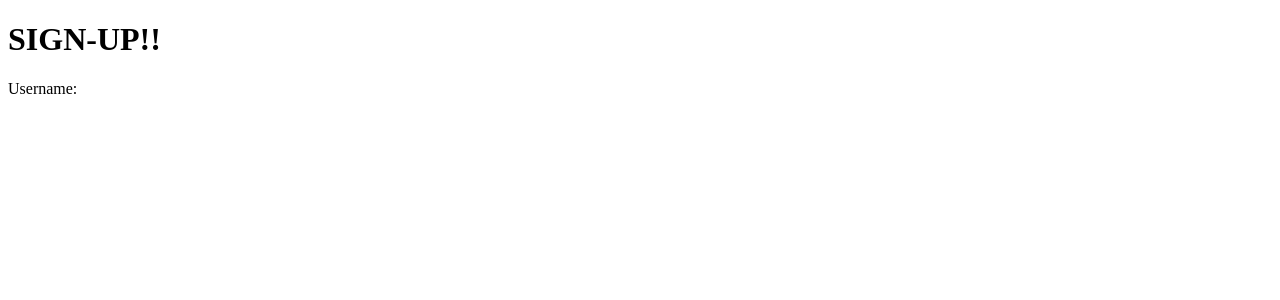
Repository: claudesedillo/WEBAPDE-MP2
Page: MP2 Workplace/WEBAPDE-MP2Q/WebContent/signup.html
The author's editor kept a copy of each file at every save. The page is drawn from the files as they stood at one save, then again after the next save.
The browser window is 1280 px wide. The pictures show the whole page.

Above is the page before, as saved 2017-07-21 17:56:36.

After the next save:
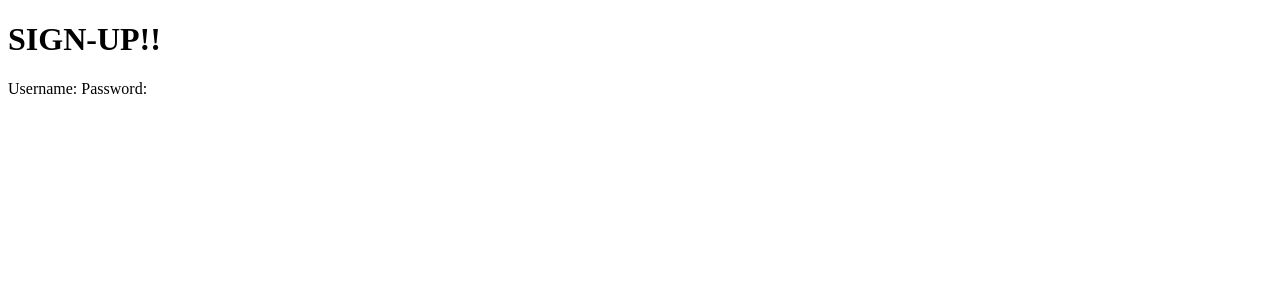
Saved 10 s later.
--- a/MP2 Workplace/WEBAPDE-MP2Q/WebContent/signup.html
+++ b/MP2 Workplace/WEBAPDE-MP2Q/WebContent/signup.html
@@ -9,6 +9,7 @@
 
 	<form method="POST" action="register">
 		Username:
+		Password:
 	</form>
 </body>
 </html>
